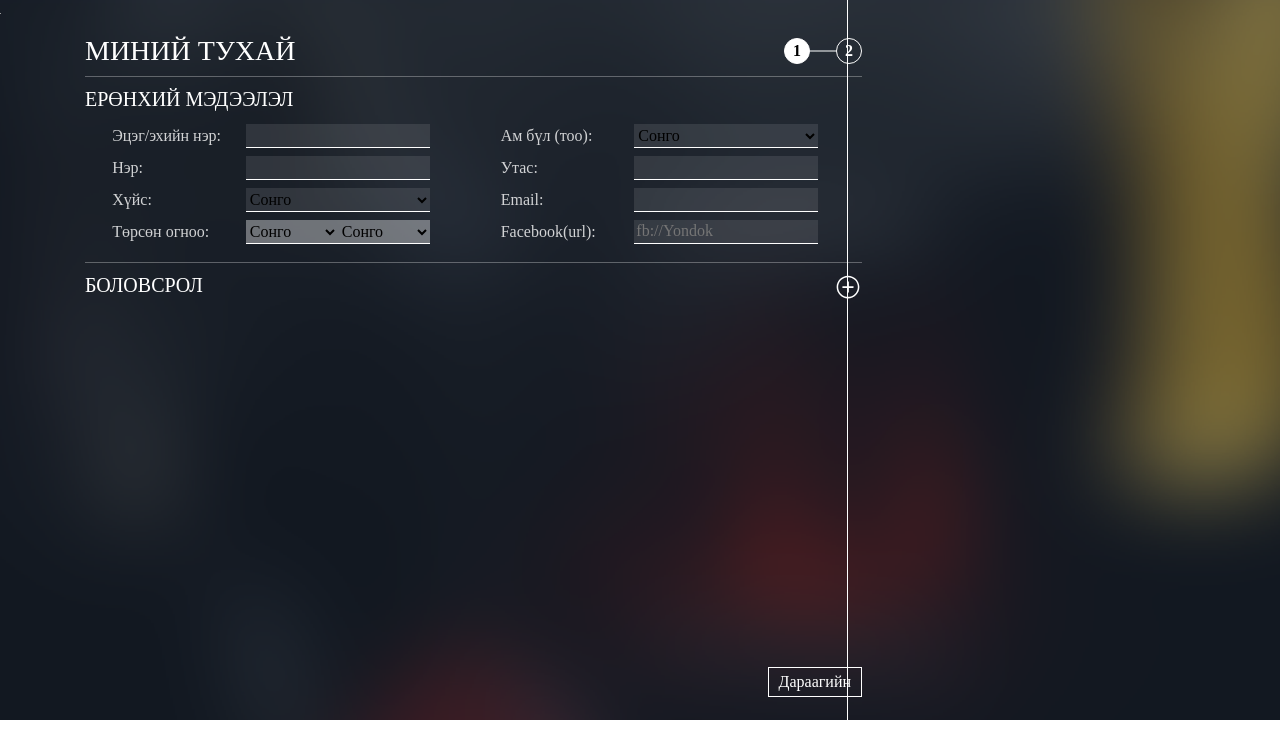
Repository: Yondo202/svProject
Page: /
The author's editor kept a copy of each file at every save. The page is drawn from the files as they stood at one save, then again after the next save.
The browser window is 1280 px wide. The pictures show the whole page.
The project was rebuilt for these pictures with package versions that can differ from the ones it lists, and the page was loaded fresh each time. The framework's server and built-in components were replaced by stand-ins that run in the browser. Also part of the build but not shown: next.config.js, style/style.scss.

Above is the page before, as saved 2020-11-20 10:41:27.

After the next save:
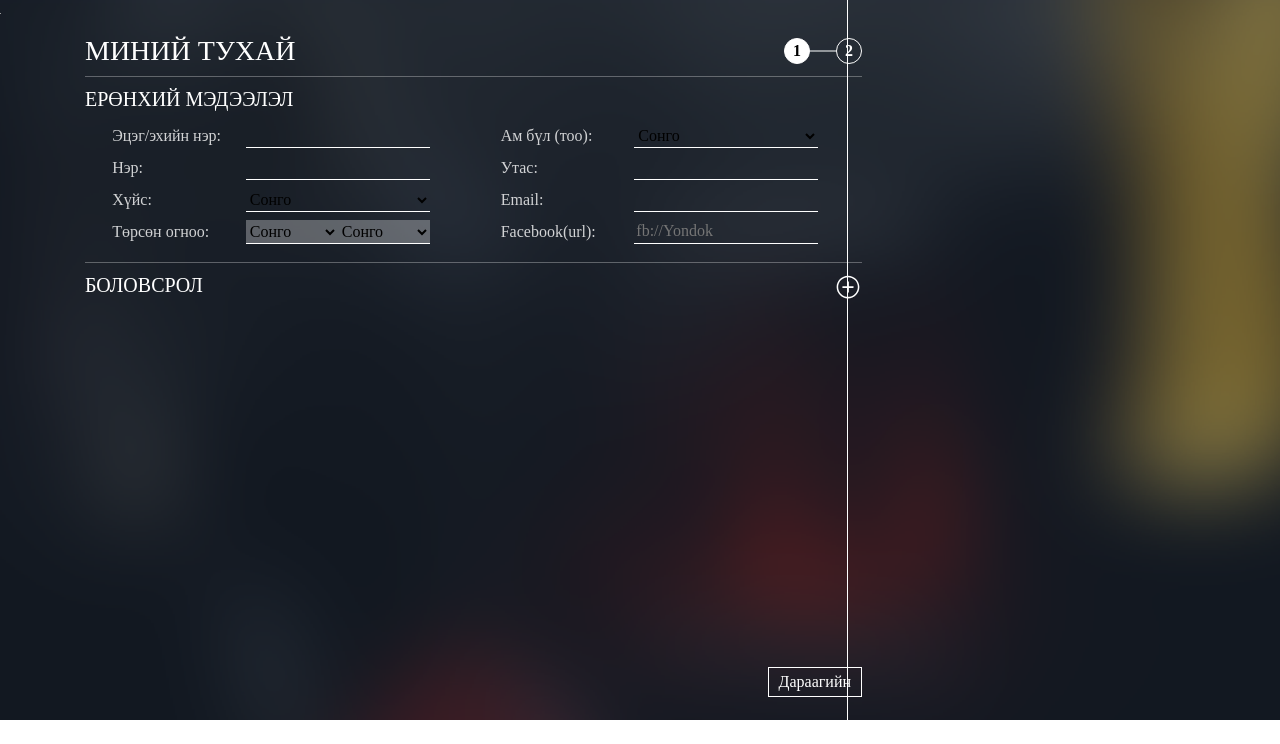
Saved 9 s later.
--- a/components/form1.js
+++ b/components/form1.js
@@ -184,7 +184,7 @@ const Conainer = styled.div`
                     border-bottom:solid 1px white;
                     // border-radius:5px;
                     width:55%;
-                    background:rgba(255,255,255, 0.1);
+                    background:rgba(255,255,255, 0);
                     height:24px;
                     transition:all 0.4s ease;
                     &:focus{
